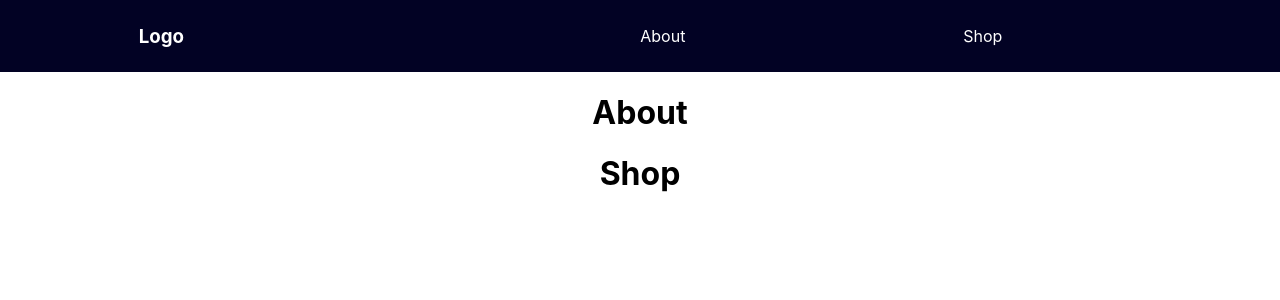
Repository: patrik-fredlund/React-router-tutorial
Page: /shop
An editor plug-in stored every save of this project. The page is shown before and after the next save, followed by the edit.
The browser window is 1280 px wide. The pictures show the whole page.
The project was rebuilt for these pictures with package versions that can differ from the ones it lists, and the page was loaded fresh each time.

Above is the page before, as saved 2021-04-02 17:17:42.

After the next save:
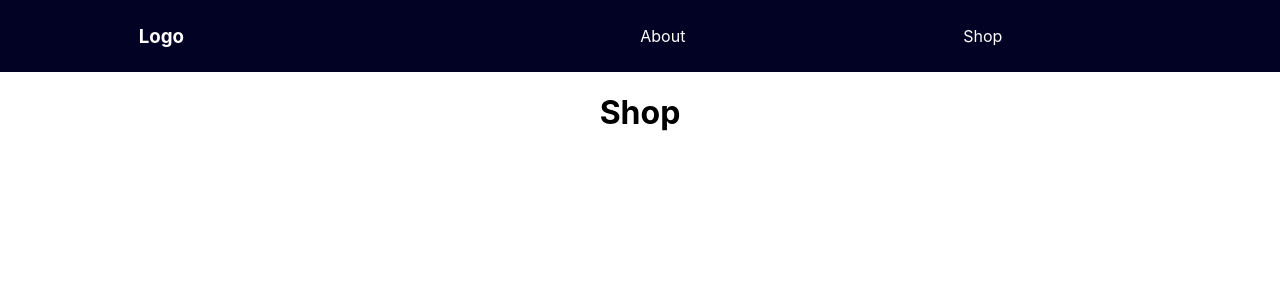
Saved 2 min 42 s later.
--- a/src/App.js
+++ b/src/App.js
@@ -9,8 +9,8 @@
     <Router>
       <div className='App'>
         <Nav />
-        <About />
-        <Shop />
+        <Route path='/about' component={About} />
+        <Route path='/shop' component={Shop} />
       </div>
     </Router>
   );
